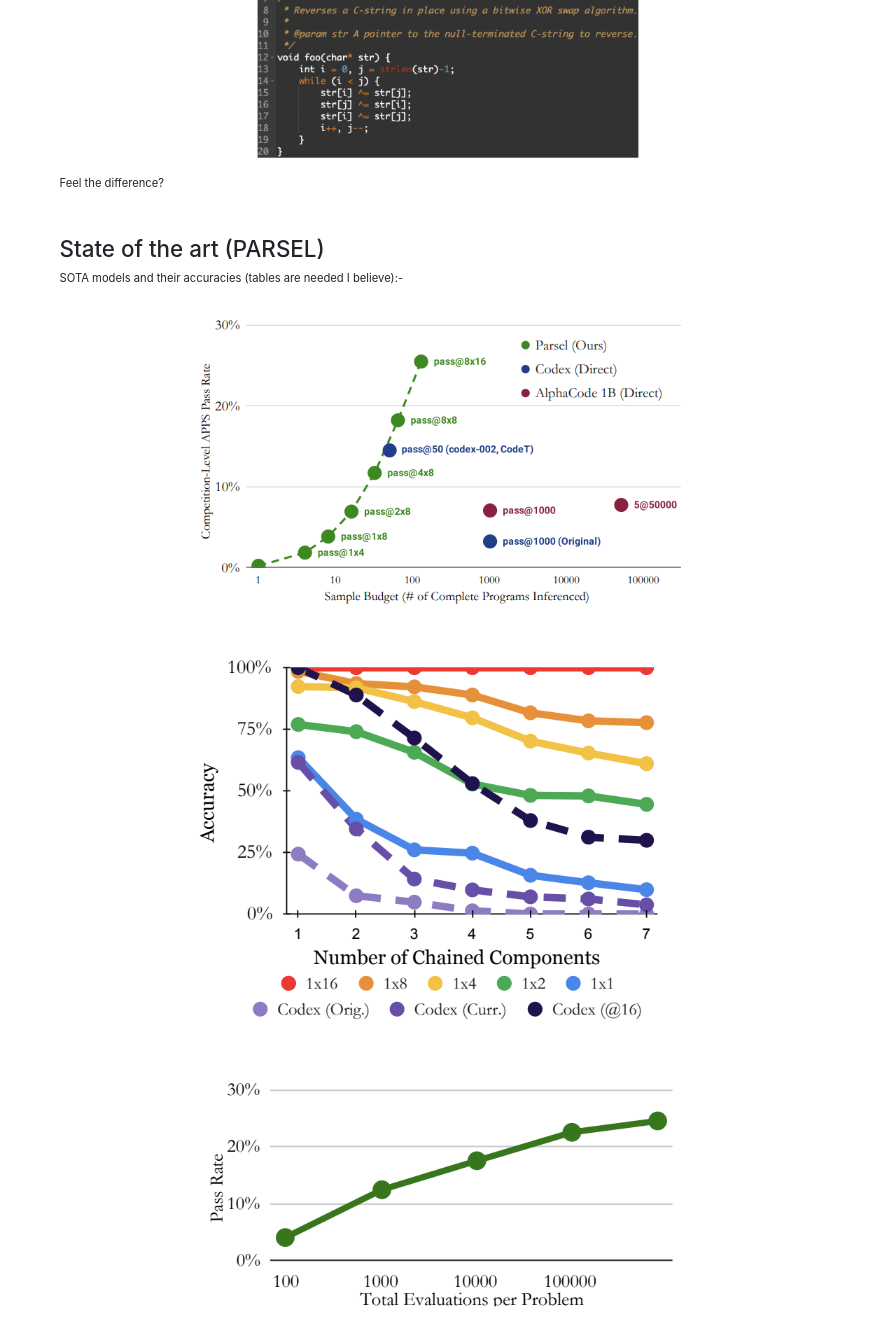
Repository: Shaalan-omar/ConcodePlus
Page: team-specific/index.html
These files come from the project's save history. The page is drawn as it stood at one moment and after the next save; the edit follows.
The browser window is 1280 px wide. The pictures show the part of the page from y = 2475 to 4395 px (the page is 7079 px tall before and 7440 px after), at 70% of full size.

Above is the page before, as saved 2023-05-12 03:56:51.

After the next save:
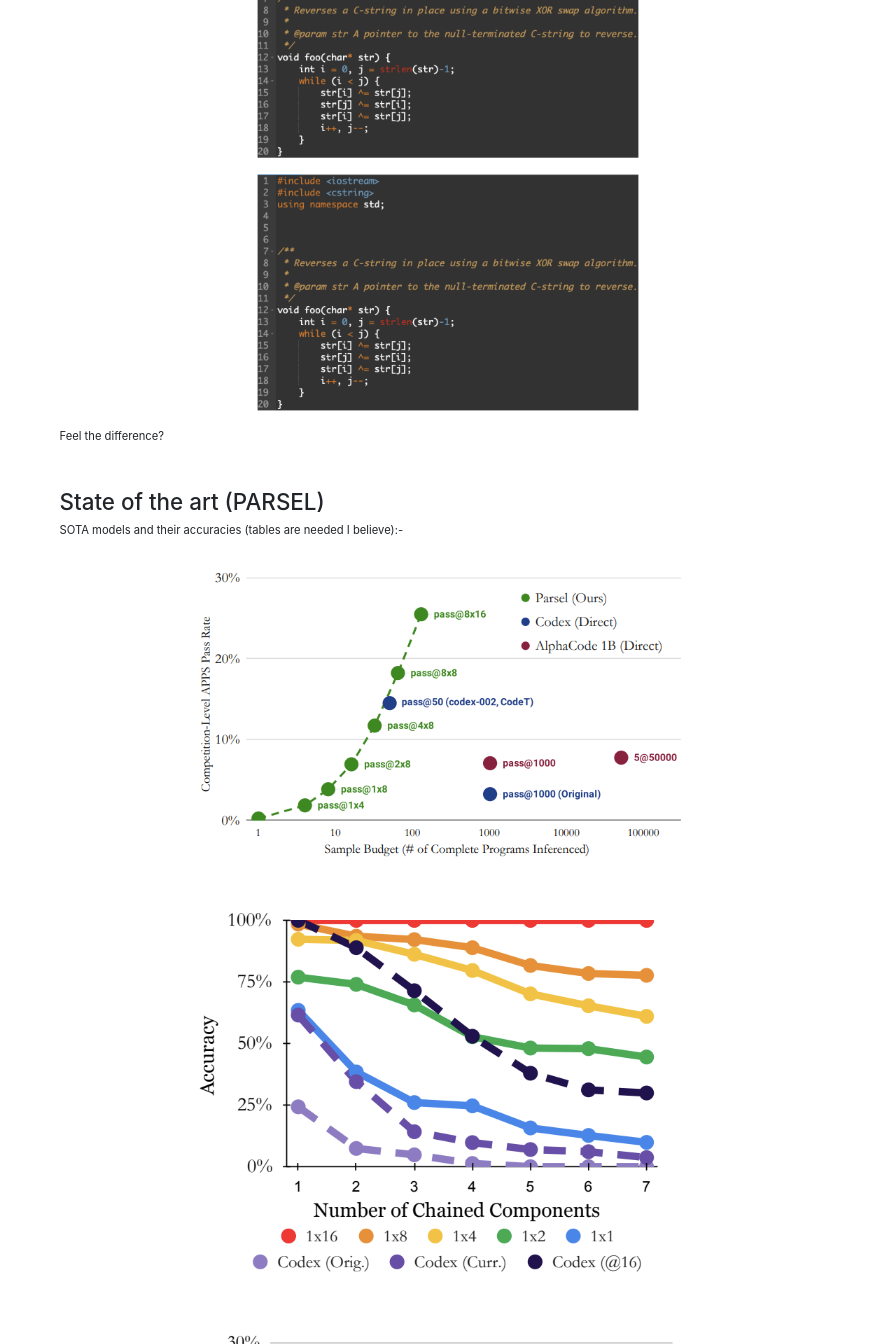
Saved 18 min 52 s later.
--- a/team-specific/index.html
+++ b/team-specific/index.html
@@ -118,6 +118,10 @@
       		<img src="resources/images/Problem_Stat_2.png" class="img-fluid text-center">
     	</div>
 
+      <br/> <!-- Empty Line before the image -->
+	    <div class="img-container" align="center"> <!-- Block parent element -->
+      		<img src="resources/images/Problem_Stat_2.png" class="img-fluid text-center">
+    	</div>
     	<br/> <!-- Empty Line after the image -->
       </div>
     </div>
